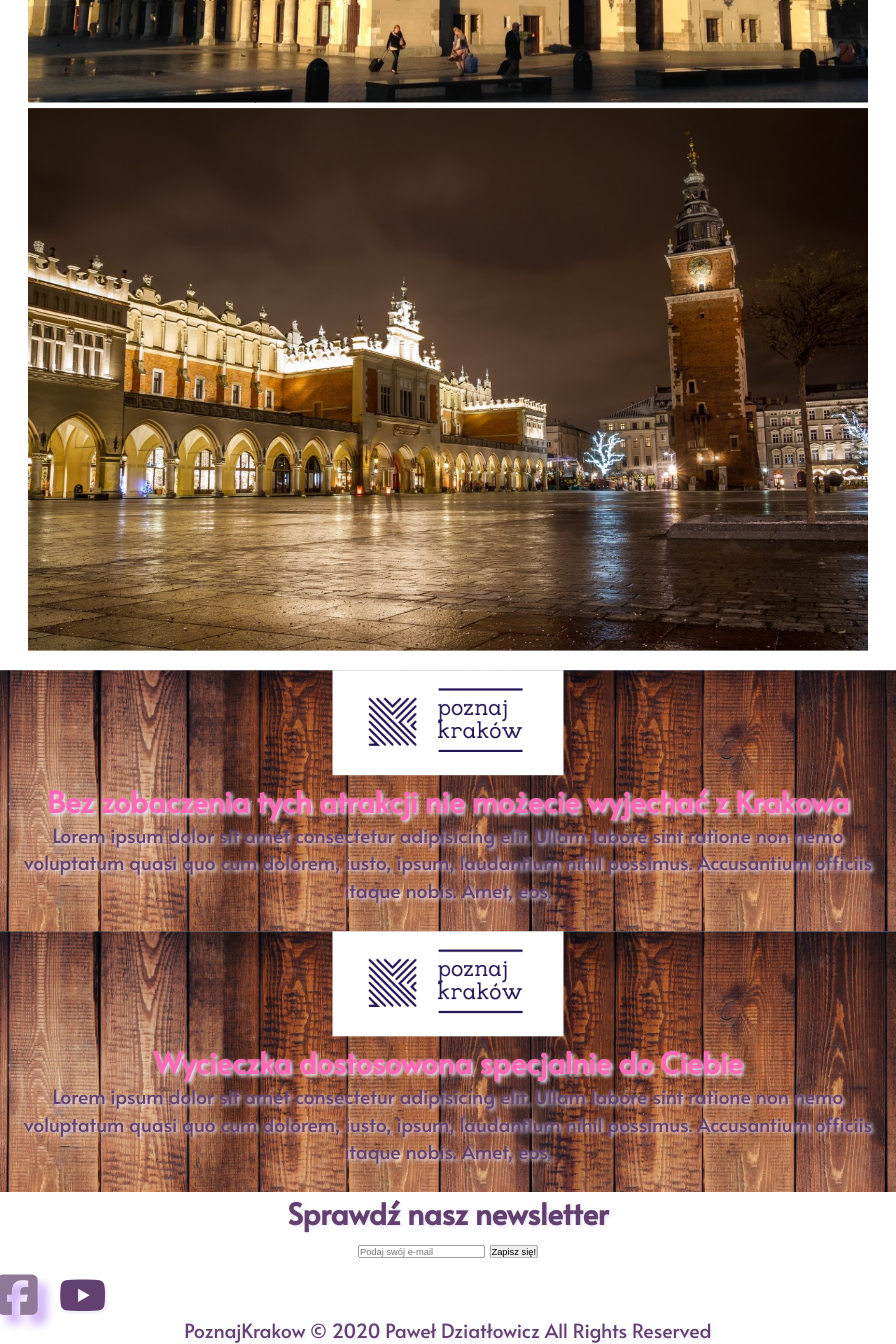
Repository: DZIALEK/projekt1
Page: projekt1.html
An editor plug-in stored every save of this project. The page is shown before and after the next save, followed by the edit.
The browser window is 1280 px wide. The pictures show the part of the page from y = 2828 to 4748 px (the page is 4748 px tall), at 70% of full size.
The pointer rests on the first visible `.social-media i`.
Some icons come from a web library that is not loaded, so they are not drawn. A picture or video elsewhere on the page could not be fetched, so the positions and the page height are approximate. Some web libraries are served in a nearby version.

Above is the page before, as saved 2020-07-15 00:52:37.

After the next save:
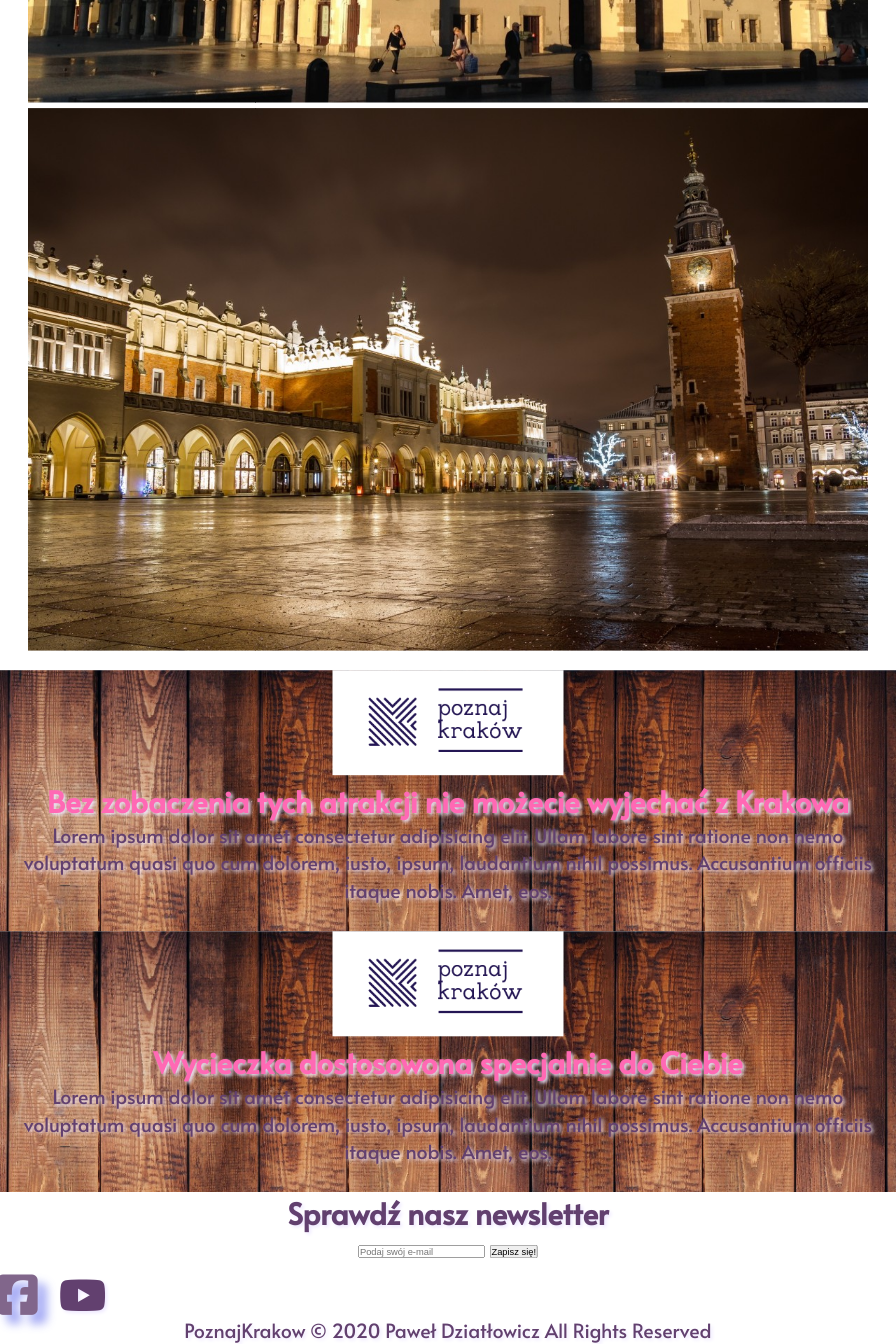
Saved 41 s later.
--- a/projekt1.css
+++ b/projekt1.css
@@ -181,8 +181,8 @@ nav a:hover {
 
 .social-media i:hover {
     /* color: #ff792b; */
-    opacity: 0.7;
-    text-shadow: #be90f3 0.2em 0.2em 0.2em;
+    opacity: 0.8;
+    text-shadow: #9097f3 0.2em 0.2em 0.2em;
     transform: scale(1.1,1.1);
     transition-duration: 250ms;
     transition-timing-function: ease-out;
